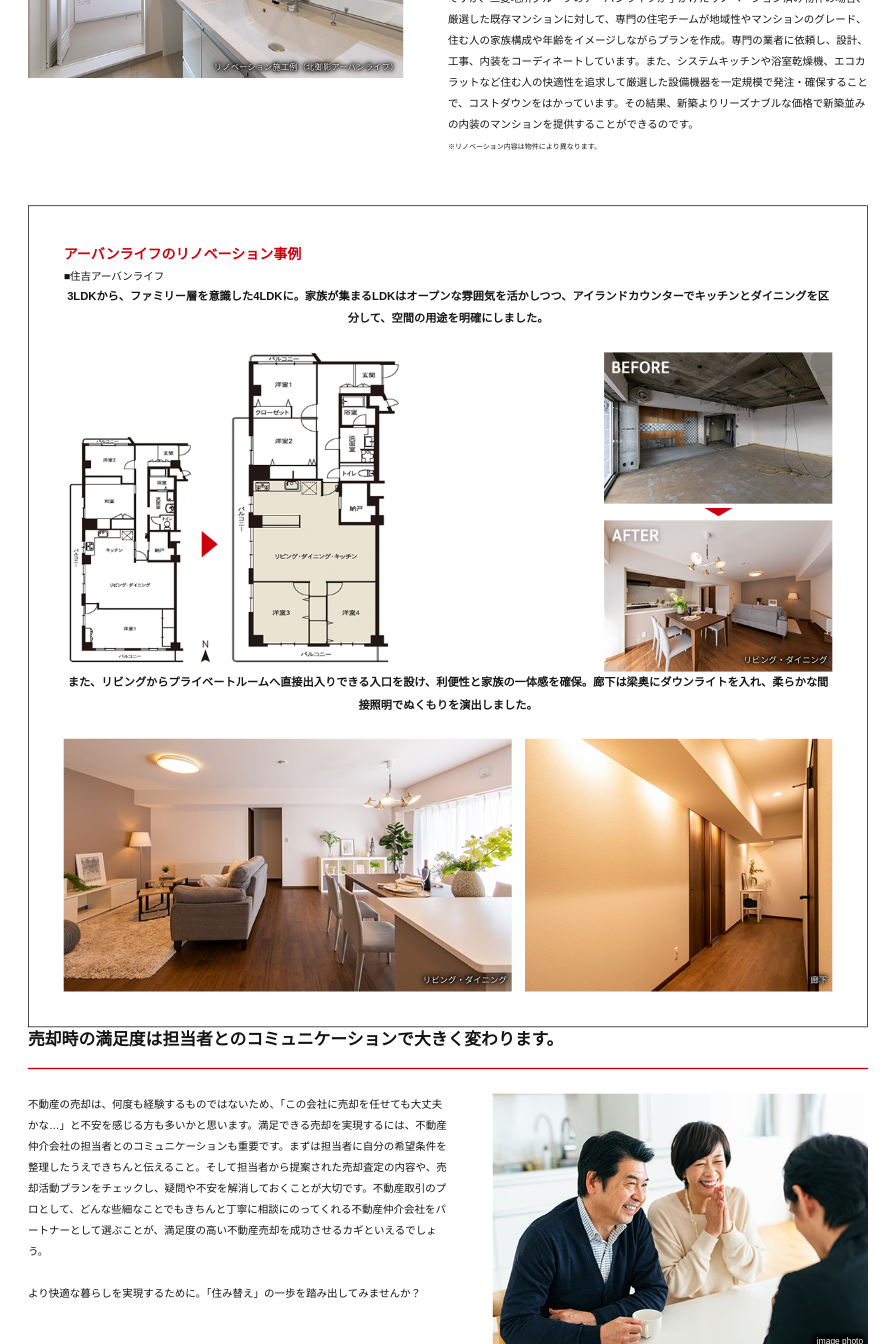
Repository: duongspm/group-kansai_new-data
Page: group-kansai_new/pickup/column07.html
An editor plug-in stored every save of this project. The page is shown before and after a run of saves, followed by the edit.
The browser window is 1280 px wide. The pictures show the part of the page from y = 2008 to 3928 px (the page is 4746 px tall), at 70% of full size.

Above is the page before, as saved 2023-06-30 15:35:17.

After the next 2 saves:
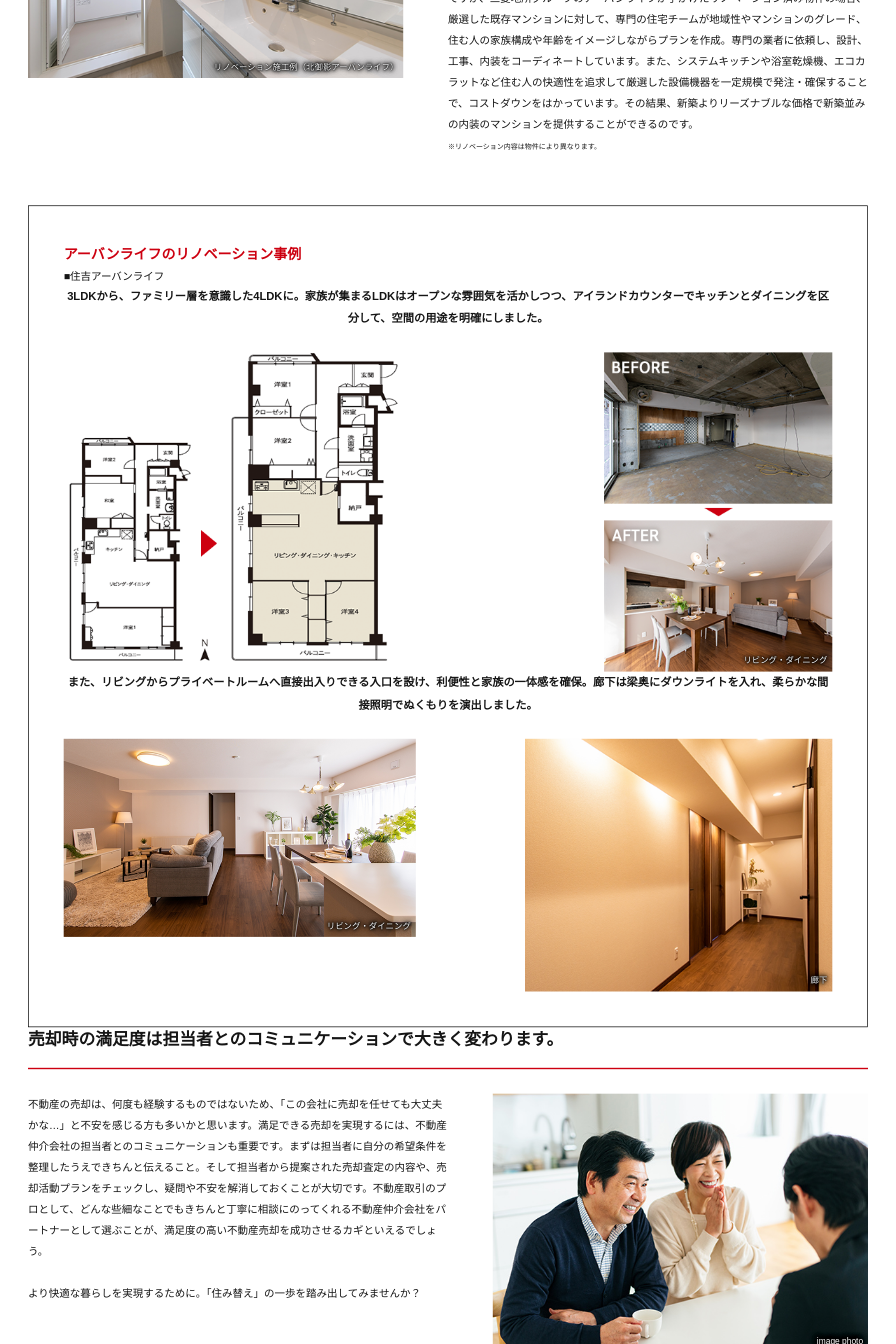
The 2 saves are shown as one change because they came seconds apart.
The last was saved 56 s later.
--- a/group-kansai_new/pickup/css/column.css
+++ b/group-kansai_new/pickup/css/column.css
@@ -199,7 +199,7 @@
     justify-content: space-between;
 }
 .column07__box .flex .flex__left{
-    width: fit-content;
+    width: 45.8%;
 }
 .column07__box .flex .flex__right{
     width: fit-content;
